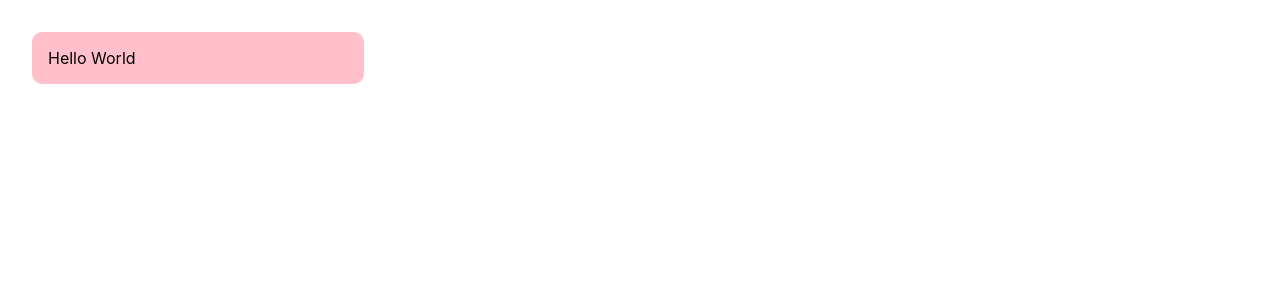
Repository: roistyx/react
Page: /components (app in layouts-app/)
These files come from the project's save history. The page is drawn as it stood at one moment and after the next save; the edit follows.
The browser window is 1280 px wide. The pictures show the whole page.
The project was rebuilt for these pictures with package versions that can differ from the ones it lists, and the page was loaded fresh each time. Also part of the build but not shown: layouts-app/src/layouts/Line.css, layouts-app/src/layouts/Line.js, layouts-app/src/elements/Btn.css, layouts-app/src/elements/Btn.js, layouts-app/src/elements/TextField.css, layouts-app/src/elements/TextField.js, layouts-app/src/layouts/Grid.css, layouts-app/src/layouts/Grid.js and 2 more.

Above is the page before, as saved 2023-05-03 10:18:18.

After the next save:
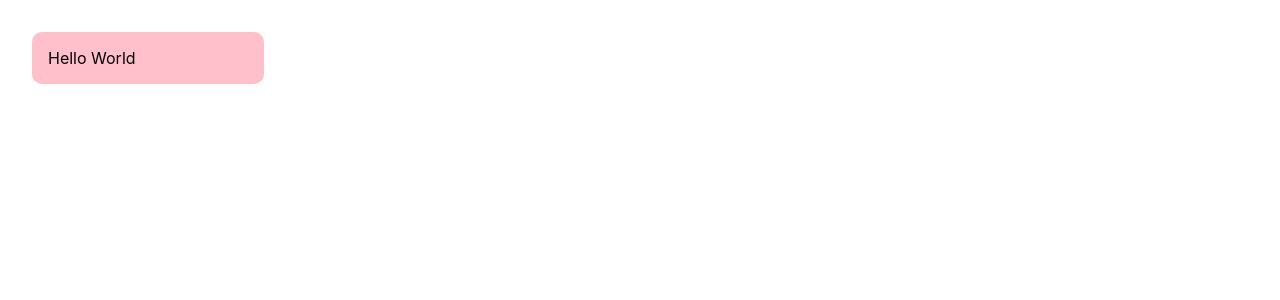
Saved 51 s later.
--- a/layouts-app/src/components/Cards/BasicCard.css
+++ b/layouts-app/src/components/Cards/BasicCard.css
@@ -7,7 +7,7 @@
 } */
 
 .BasicCard {
-	width: 300px;
+	width: var(--cardWidth);
 	background-color: var(--bgColor);
 	border: 1px solid var(--border);
 	padding: var(--gap);
